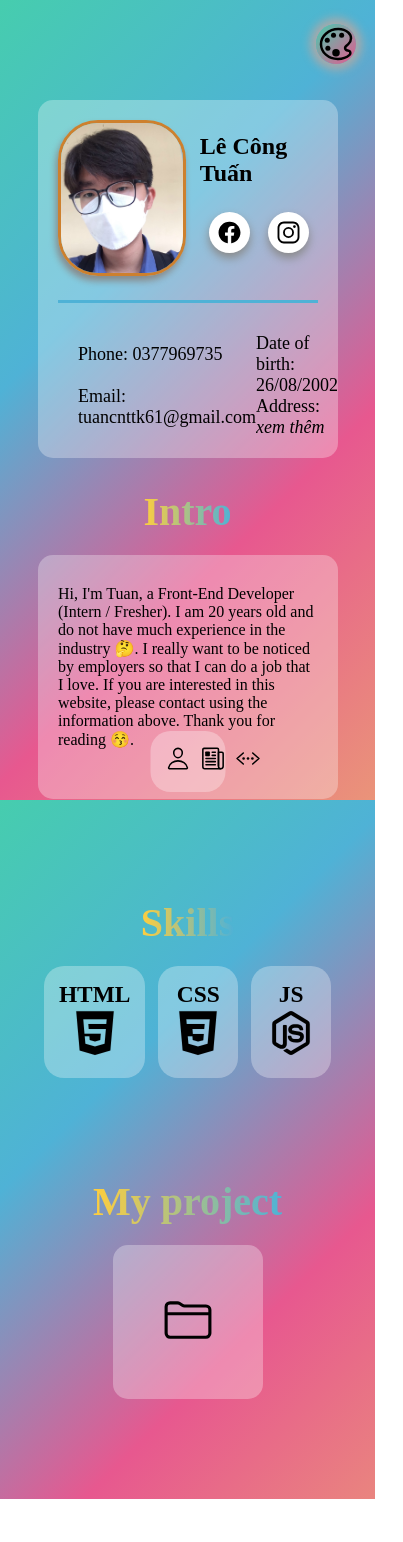
Repository: LeCongTuan2608/Profile
Page: index.html
These files come from the project's save history. The page is drawn as it stood at one moment and after the next save; the edit follows.
The browser window is 375 px wide. The page is 403 px wide, then 383 px, so the pictures cover 403 px, including what lies to the right of the window. The pictures show the whole page.
Backgrounds fixed to the window are drawn as part of the page. The style sheet was rebuilt from its Sass, Less or Tailwind sources for each picture, by a compiler version that may differ from the author's.

Above is the page before, as saved 2022-05-05 12:27:12.

### index.html
<!DOCTYPE html>
<html lang="en">
   <head>
      <meta charset="UTF-8" />
      <meta http-equiv="X-UA-Compatible" content="IE=edge" />
      <meta name="viewport" content="width=device-width, initial-scale=1.0" />

      <script type="module" src="https://unpkg.com/ionicons@5.5.2/dist/ionicons/ionicons.esm.js"></script>
      <script nomodule src="https://unpkg.com/ionicons@5.5.2/dist/ionicons/ionicons.js"></script>

      <link rel="preconnect" href="https://fonts.googleapis.com" />
      <link rel="preconnect" href="https://fonts.gstatic.com" crossorigin />
      <link href="https://fonts.googleapis.com/css2?family=Pacifico&display=swap" rel="stylesheet" />

      <link href="https://unpkg.com/aos@2.3.1/dist/aos.css" rel="stylesheet" />
      <script src="https://unpkg.com/aos@2.3.1/dist/aos.js"></script>

      <link rel="stylesheet" href="./sass/css/style.css" />
      <title>Profile</title>
   </head>
   <body>
      <div class="container">
         <div class="palette">
            <ion-icon name="color-palette-outline"></ion-icon>
            <div class="list-color">
               <ul>
                  <li class="bgr-color"></li>
                  <li class="bgr-color"></li>
                  <li class="bgr-color"></li>
               </ul>
            </div>
         </div>

         <div class="contents">
            <div data-aos="flip-left" data-aos-duration="1500">
               <div class="card-info">
                  <div class="personal-information">
                     <div class="image">
                        <div class="user-image">
                           <img src="./images/1.JPG" alt="" />
                        </div>
                        <div class="user-intro">
                           <h2>Lê Công Tuấn</h2>
                           <div class="user-intro-navigation">
                              <div class="navigation-fb">
                                 <a href="https://www.facebook.com/profile.php?id=100026041985048"
                                    ><ion-icon name="logo-facebook"></ion-icon
                                 ></a>
                                 <span>facebook</span>
                              </div>
                              <div class="navigation-ins">
                                 <a href="https://www.instagram.com/tuanle2608/"
                                    ><ion-icon name="logo-instagram"></ion-icon
                                 ></a>
                                 <span>instagram</span>
                              </div>
                           </div>
                        </div>
                     </div>
                     <div class="contact">
                        <div class="contact-info">
                           <span>Phone: 0377969735</span>
                           <span>Email: tuancnttk61@gmail.com</span>
                        </div>
                        <div class="contact-info">
                           <span>Date of birth: 26/08/2002</span>
                           <span>Address: <i id="see">xem thêm</i></span>
                        </div>
                     </div>
                  </div>
               </div>
            </div>
            <div class="card-intro">
               <div class="intro-yourself">
                  <div class="title">
                     <div data-aos="fade-up" data-aos-duration="1000">
                        <h1>Intro</h1>
                     </div>
                  </div>
                  <div data-aos="flip-down" data-aos-duration="1000">
                     <div class="intro-content">
                        <p>
                           Hi, I'm Tuan, a Front-End Developer (Intern / Fresher). I am 20 years old and do not have
                           much experience in the industry 🤔. I really want to be noticed by employers so that I can do
                           a job that I love. If you are interested in this website, please contact using the
                           information above. Thank you for reading 😚.
                        </p>
                     </div>
                  </div>
               </div>

               <div class="my-skills">
                  <div class="title">
                     <div data-aos="fade-down" data-aos-easing="linear" data-aos-duration="300">
                        <h1>Skills</h1>
                     </div>
                  </div>
                  <div class="skills-content">
                     <div class="list-skills">
                        <div data-aos="fade-right">
                           <h3>HTML</h3>
                           <ion-icon name="logo-html5"></ion-icon>
                        </div>

                        <div data-aos="fade-down">
                           <h3>CSS</h3>
                           <ion-icon name="logo-css3"></ion-icon>
                        </div>

                        <div data-aos="fade-left">
                           <h3>JS</h3>
                           <ion-icon name="logo-nodejs"></ion-icon>
                        </div>
                     </div>
                  </div>
               </div>

               <div class="my-project">
                  <div class="title">
                     <div data-aos="fade-up" data-aos-anchor-placement="bottom-bottom">
                        <h1>My project</h1>
                     </div>
                  </div>
                  <div class="project-box">
                     <div data-aos="zoom-in">
                        <div class="box">
                           <ion-icon name="folder-outline"></ion-icon>
                        </div>
                     </div>
                  </div>
               </div>
            </div>
         </div>

         <div class="box-container">
            <div class="list-project">
               <div class="close">
                  <ion-icon name="close-circle-outline"></ion-icon>
               </div>

               <ul>
                  <li>
                     <a href="https://lecongtuan2608.github.io/Youtube/">https://lecongtuan2608.github.io/Youtube/</a>
                  </li>
                  <li><a href="https://lecongtuan2608.github.io/music/">https://lecongtuan2608.github.io/music/</a></li>
               </ul>
            </div>
         </div>
         <div class="toolbar">
            <div class="tollbar-list">
               <ul>
                  <li><ion-icon name="person-outline"></ion-icon></li>
                  <li><ion-icon name="newspaper-outline"></ion-icon></li>
                  <li><ion-icon name="code-working-outline"></ion-icon></li>
               </ul>
            </div>
         </div>
      </div>
   </body>
   <script>
      AOS.init();
   </script>
   <script src="./js/app.js"></script>
</html>

### js/app.js
const open_project = document.querySelector('.box');
const box_container = document.querySelector('.box-container');
const close_box = document.querySelector('.close');
const list_project = document.querySelector('.list-project');
open_project.addEventListener('click', function () {
   box_container.classList.add('open');
});
close_box.addEventListener('click', function () {
   box_container.classList.remove('open');
});
box_container.addEventListener('click', function () {
   box_container.classList.remove('open');
});
list_project.addEventListener('click', function (event) {
   event.stopPropagation();
});

const palette = document.querySelector('.palette');
var bgr_colors = document.querySelectorAll('.bgr-color');
const container = document.querySelector('.container');
const text_colors = document.querySelectorAll('.title h1');
function bgr_change() {
   for (let i = 0; i < bgr_colors.length; i++) {
      bgr_colors[i].addEventListener('click', function () {
         bgr_colors = i;
         if (bgr_colors == 0) {
            for (let text_color of text_colors) {
               text_color.classList.remove('text-color-2');
               text_color.classList.remove('text-color-3');
               text_color.classList.add('text-color-1');
            }
            container.classList.remove('bgr-color-2');
            container.classList.remove('bgr-color-3');
            container.classList.add('bgr-color-1');
         } else if (bgr_colors == 1) {
            for (let text_color of text_colors) {
               text_color.classList.remove('text-color-1');
               text_color.classList.remove('text-color-3');
               text_color.classList.add('text-color-2');
            }
            container.classList.remove('bgr-color-1');
            container.classList.remove('bgr-color-3');
            container.classList.add('bgr-color-2');
         } else if (bgr_colors == 2) {
            for (let text_color of text_colors) {
               text_color.classList.remove('text-color-1');
               text_color.classList.remove('text-color-2');
               text_color.classList.add('text-color-3');
            }
            container.classList.remove('bgr-color-1');
            container.classList.remove('bgr-color-2');
            container.classList.add('bgr-color-3');
         }
      });
   }
}
bgr_change();

### sass/style.scss
*{
    margin: 0;
    padding: 0;
}
html{
    width: 100%;
    height: 100%;
    padding: 0;
    margin: 0;
    font-family: 'Fredoka One', cursive;

}
body{
    width: 100%;
    height: auto;

}
.container{
    padding-top: 100px;
    width: 100%;
    height: auto;
    position: relative;
    background-image: linear-gradient(-45deg, #ea9479, #e7588f, #4fb2d6, #46cdae);
    background-attachment: fixed;
}
.bgr-color-1{
    background-image: linear-gradient(90deg, #74EBD5 0%, #9FACE6 100%);
    background-attachment: fixed;
}
.bgr-color-2{
    background-image: linear-gradient(to right, #eea2a2 0%, #bbc1bf 19%, #57c6e1 42%, #b49fda 79%, #7ac5d8 100%);
    background-attachment: fixed;
}
.bgr-color-3{
    background-image: linear-gradient(to top, #88d3ce 0%, #6e45e2 100%);
    background-attachment: fixed;
}
.palette{
    position: fixed;
    top: 3%;
    right: 5%;
    font-size: 40px;
}
.list-color ul{
    position: absolute;
}
.palette:hover ul li{
    display: block;
}
// chọn màu bgr
.list-color ul li:first-child{
    margin-bottom: 10px;
    background-image: linear-gradient(90deg, #74EBD5 0%, #9FACE6 100%);
}
.list-color ul li:nth-of-type(2){
    margin-bottom: 10px;
    background-image: linear-gradient(to right, #eea2a2 0%, #bbc1bf 19%, #57c6e1 42%, #b49fda 79%, #7ac5d8 100%);
}
.list-color ul li:last-child{
    background-image: linear-gradient(to top, #88d3ce 0%, #6e45e2 100%);

}

.list-color ul li{
    list-style-type: none;
    display: none;
    width: 40px;
    height: 40px;
    border-radius: 100rem;
    box-shadow: #3d3d3d -1px 2px 5px 2px;

}
.toolbar{
    width:  20%;
    border-radius: 20px;
    position: fixed;
    font-size: 25px;
    left: 50%;
    transform: translateX(-50%);
    bottom: 1%;
    background-color: rgba($color: white, $alpha: 0.3);
}
.tollbar-list{
    padding: 10px;
}
.toolbar ul{
    display: flex;
    justify-content: space-around;
}
.toolbar ul li {
    list-style-type: none;
    display: inline;
    border-radius: 100rem;
    cursor: pointer;
}
.toolbar ul li ion-icon{
    padding: 5px;
}
.toolbar ul li:hover {
background-color: #a5e296;
}
.palette ion-icon{
    background-image: linear-gradient(-45deg, #e7588f,#46cdae);
    border-radius: 100rem;
    box-shadow: #a9a9a9 0px 0px 10px 6px;
    cursor: pointer;
}
.contents{
    width: 100%;
    display: flex;
    flex-wrap: wrap;
    align-content: center;
    flex-direction: column;
}
.contents > div{
    width: 60%;
}
.card-info{
    background-color: rgba($color: white, $alpha: 0.3);
    border-radius: 15px;
}
.personal-information{
    padding: 20px;
    display: flex;

}
.image{
    display: flex;
    flex: 1;
    border-right: 3px solid;
    border-color:#4fb2d6;
    padding-right: 20px;
}
.user-image{
    width: 150px;
    height: 150px;
    // border: 3px solid;
    // border-image-source: linear-gradient(to top, #f64f59, #9634c8);
    // border-image-slice :1;
}
.user-image img{
    width: 100%;
    height: 100%;
    object-fit: cover;
    border-radius: 40px;
    border: solid;
    border-color: #cd802e;
    box-shadow: rgb(137, 137, 137) -2px 5px 7px 0px;


}
.user-intro{
    display: flex;
    margin-left: 20px;
    flex-direction: column;
    justify-content: space-around;
}
.user-intro-navigation{
    display: flex;
    justify-content: space-around;
}
.user-intro-navigation a{
    color: black;
    text-decoration: none;
}
.user-intro-navigation a > ion-icon{
    font-size: 25px;
    border-radius: 100rem;
    padding: 8px;
    background-color: white;
    box-shadow: rgb(137, 137, 137) 0px 5px 10px 0px;
}
.navigation-fb{
    position: relative;
}
.navigation-fb span{
    display: none;
}
.navigation-fb a > ion-icon:hover{
    background-color: rgb(153, 159, 248);
}
.navigation-fb:hover span{
    position: absolute;
    display: block;
    background-color: rgb(153, 159, 248);
    border-radius: 40px;
    padding: 5px;
    font-size: 18px;
    top: -95%;
    left: -50%;
    font-weight: 700;
    animation: intro ease 0.5s;
    z-index: 2;
}
.navigation-fb:hover::after{
    position: absolute;
    content: "";
    width: 13px;
    height: 13px;
    background-color: rgb(153, 159, 248);
    clip-path: polygon(50% 100%, 0 0, 100% 0);
    top: -25%;
    left: 30%;
    animation: intro ease 0.5s;
    z-index: 1;
}


.navigation-ins{
    position: relative;
}
.navigation-ins span{
    display: none;
}
.navigation-ins a > ion-icon:hover{
    background-color: rgb(64, 173, 177);
}
.navigation-ins:hover span{
    position: absolute;
    display: block;
    background-color: rgb(64, 173, 177);
    border-radius: 40px;
    padding: 5px;
    font-size: 18px;
    top: -95%;
    left: -50%;
    font-weight: 700;
    animation: intro ease 0.5s;
    z-index: 2;
}
.navigation-ins:hover::after{
    position: absolute;
    content: "";
    width: 13px;
    height: 13px;
    background-color: rgb(64, 173, 177);
    clip-path: polygon(50% 100%, 0 0, 100% 0);
    top: -25%;
    left: 30%;
    animation: intro ease 0.5s;
    z-index: 1;
}
.contact{
    flex: 1;
    display: flex;
    padding-left: 20px;
}
.contact-info{
    flex: 1;
    display: flex;
    flex-direction: column;
    justify-content: space-around;
}
.contact-info span{
    font-size: 18px;
    overflow: hidden;
}

.card-intro{
    margin-top: 30px;
    width: 60%;

}
.intro-yourself{
    margin: 30px 0 100px 0;
}
.title{
    text-align: center;
    margin-bottom: 20px;
    font-size: 20px;
}
.title h1{
    display: inline-block;
    background-image: linear-gradient( to right,#ffce3d, #4fb2d6);
    color: transparent;
    -webkit-background-clip: text;
    background-clip: text;
}
// đổi màu text
.text-color-1{
    background-image: linear-gradient(-225deg, #AC32E4 0%, #7918F2 48%, #4801FF 100%) !important;
}
.text-color-2{
    background-image: linear-gradient(-225deg, #A445B2 0%, #D41872 52%, #FF0066 100%) !important;
}
.text-color-3{
    background-image: linear-gradient(to top, #50cc7f 0%, #f5d100 100%) !important;
}

//===============
.intro-content{
    padding: 30px 20px 50px 20px;
    background-color: rgba($color: white, $alpha: 0.3);
    border-radius: 15px;
}

.my-skills {
    margin: 30px 0 100px 0;
}
.skills-content .list-skills{
    display: flex;
    justify-content: space-around;
}
.skills-content .list-skills div{
    padding: 5%;
    border-radius: 20px;
    background-color: rgba(255, 255, 255, 0.3);
    list-style-type: none;
    display: inline;
    text-align: center;
    font-size: 20px;
}

.skills-content .list-skills div ion-icon{
    font-size: 50px;
}
.my-project{
    margin: 30px 0 100px 0;

}
.project-box{
    display: flex;
    justify-content: center;
}
.box{
    background-color: rgba($color: white, $alpha: 0.3);
    border-radius: 15px;
    text-align: center;
    cursor: pointer;
}
.box:hover{
    transition-duration: 0.5s;
    transform: scale(1.1, 1.1);
    box-shadow: rgba(130, 130, 130, 0.773) 0px 1px 5px 2px;
}
.box > ion-icon{
    font-size: 50px;
    padding: 50px;
}
.box-container{
    position: fixed;
    top:0;
    left: 0;
    right: 0;
    bottom: 0;
    background-color: rgba( rgb(186, 186, 186), 0.5);
    display: none;
}
.open{
    display: block;
}
.list-project{
    position: absolute;
    left: 30%;
    right: 30%;
    top: 50%;
    transform: translateY(-50%);
    border-radius: 15px;
    background-color: white;
    box-shadow: rgb(137, 137, 137) 0px 5px 10px 0px;
    text-align: center;
    animation: intro ease 1s;

}
.close{
    position: absolute;
    width: 30px;
    height: 30px;
    right: 2%;
    top: 2%;
    font-size: 25px;
    cursor: pointer;
}
.list-project ion-icon:hover{
    color: red;
    border-radius: 100rem;

}
.list-project ul{
    padding: 50px 10px 30px 10px;
}
.list-project ul li{
    list-style-type: none;
}
.list-project ul li a{
    text-decoration: none;
    color: black;
}
.list-project ul li a:hover{
    color: rgb(53, 138, 213);
}
@keyframes intro{
    from {
        transform: translateY((100%));
    }
    to{
        transform: translateY((-50%));
    }
}
@media screen and (max-width:1060px) {
    .contents {
        display: block;
    }
    .contents > div{
        margin: 0 10% 0 10%;
        width: 80%;
    }
}
@media screen and (max-width:820px) {
    .contents {
        display: block;
    }
    .personal-information{
        display: block;
    }
    .image{
        border-right: none;
        border-bottom: 3px solid;
        border-color: #4fb2d6;
        padding-right: 0;
        padding-bottom: 30px;
    }
    .contact{
        padding-top: 30px;
    }
}

After the next save:
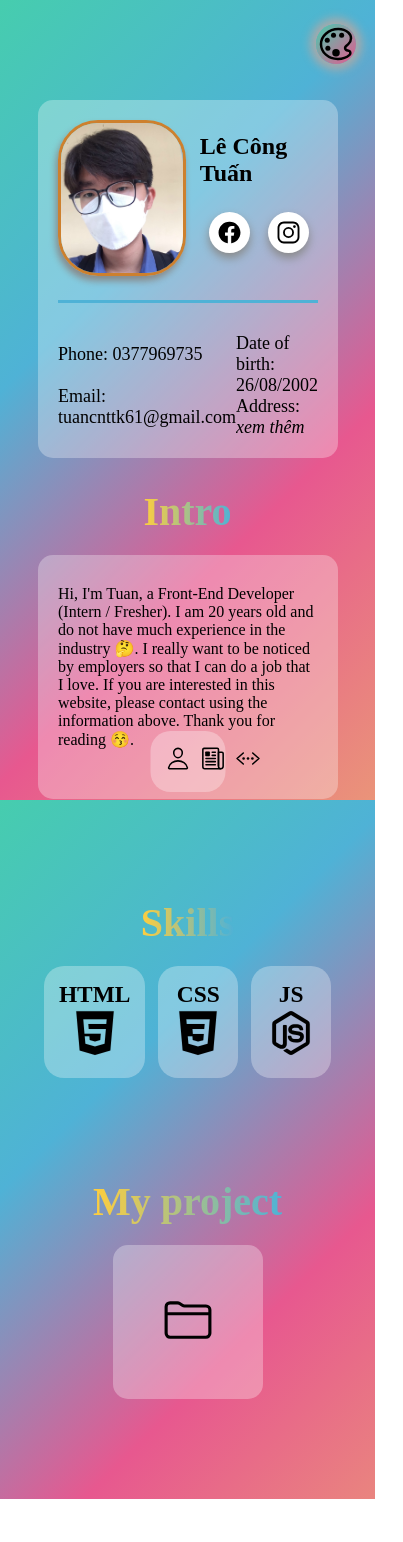
Saved 2 min 9 s later.
--- a/sass/style.scss
+++ b/sass/style.scss
@@ -424,3 +424,16 @@ background-color: #a5e296;
         padding-top: 30px;
     }
 }
+@media screen and (max-width:524px){
+    .image{
+        border-right: none;
+        border-bottom: 3px solid;
+        border-color: #4fb2d6;
+        padding-right: 0;
+        padding-bottom: 30px;
+    }
+    .contact{
+        padding-top: 30px;
+        padding-left: 0;
+    }
+}
